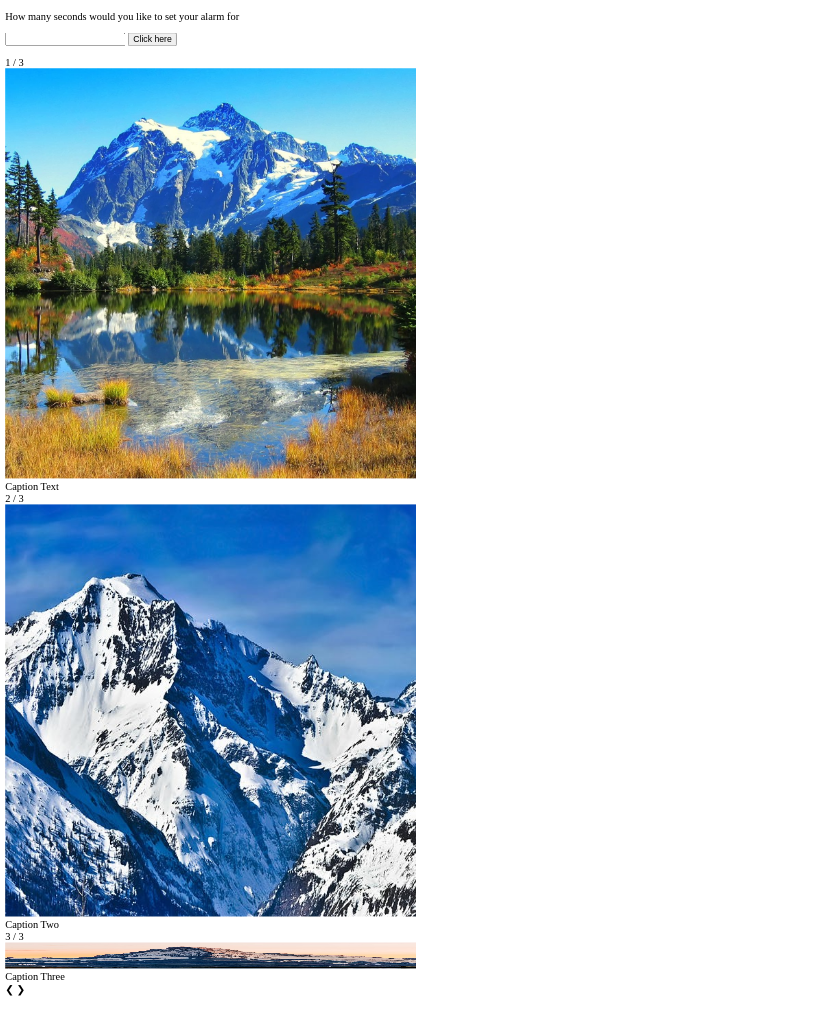
Repository: andyd71/Javascript-Projects
Page: Basic Javascript Projects/Project9_countdown_slideshow/index.html
These files come from the project's save history. The page is drawn as it stood at one moment and after the next save; the edit follows.
The browser window is 1280 px wide. The pictures show the whole page, at 65% of full size.

Above is the page before, as saved 2021-03-06 21:44:22.
Console error: TypeError: Cannot read properties of undefined (reading 'style')

After the next save:
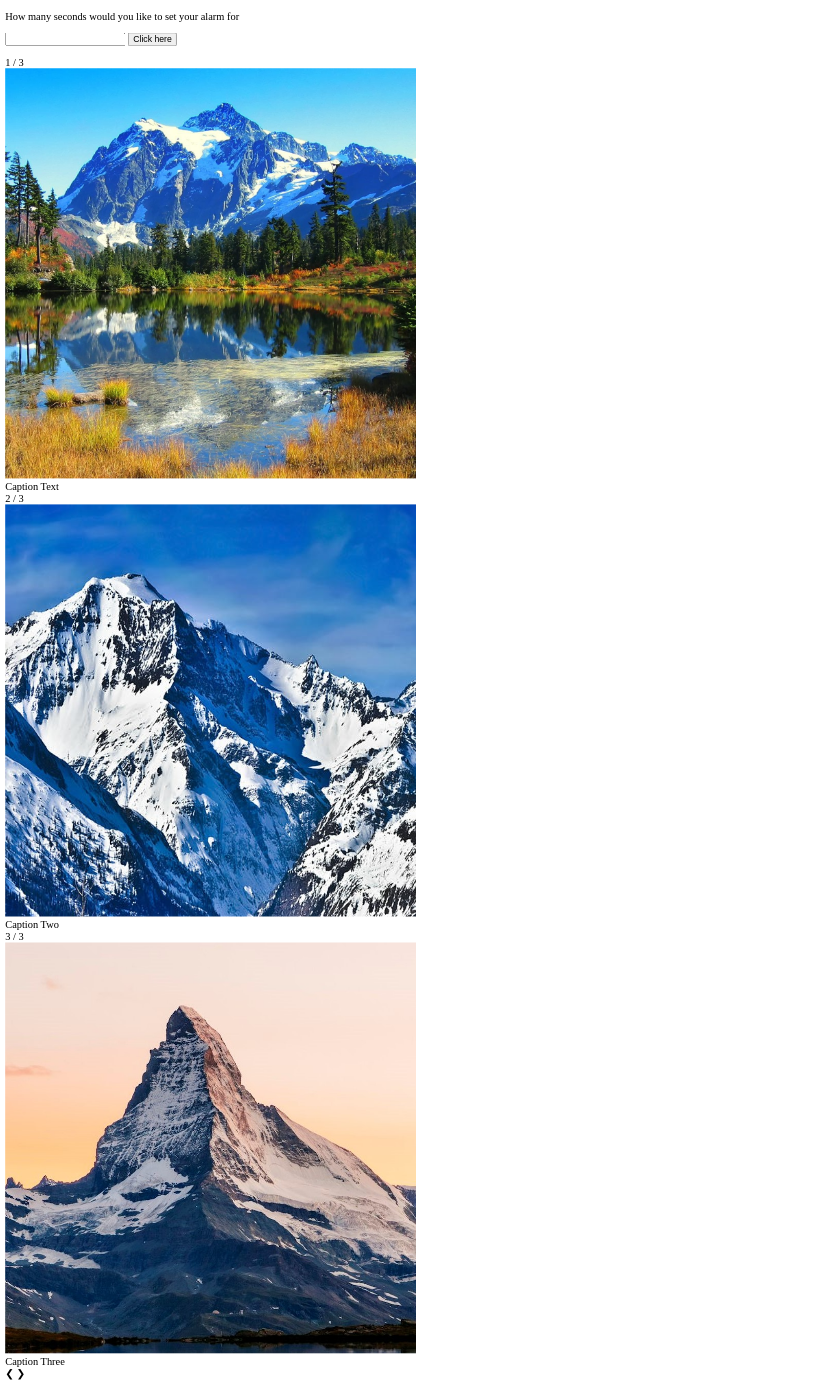
Saved 60 s later.
--- a/Basic Javascript Projects/Project9_countdown_slideshow/index.html
+++ b/Basic Javascript Projects/Project9_countdown_slideshow/index.html
@@ -27,7 +27,7 @@
 
         <div class="mySlides fade">
           <div class="numbertext">3 / 3</div>
-          <img src="mountain.jpg" style="width:50%; height:40px">
+          <img src="mountain.jpg" style="width:50%">
           <div class="text">Caption Three</div>
         </div>
 
